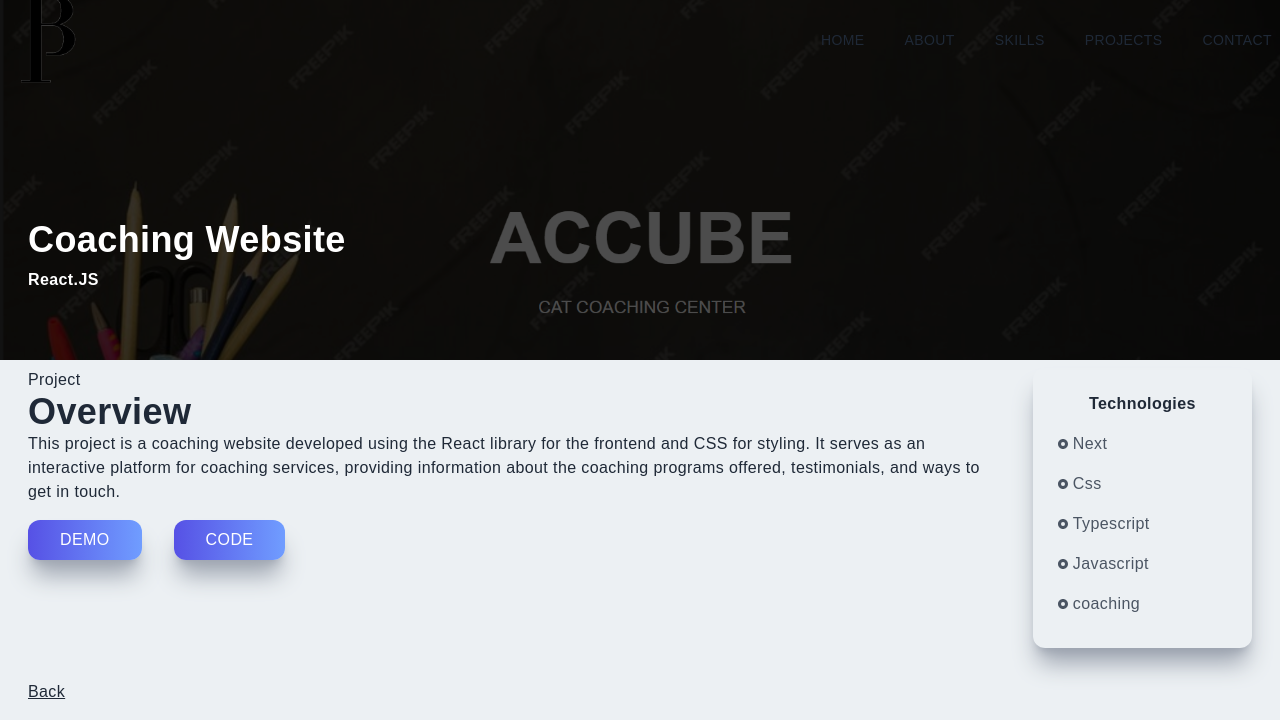
Repository: bittu-Patel/portfolio-resume-next-js
Page: /coaching
An editor plug-in stored every save of this project. The page is shown before and after the next save, followed by the edit.
The browser window is 1280 px wide. The pictures show the whole page.
The project was rebuilt for these pictures with package versions that can differ from the ones it lists, and the page was loaded fresh each time. The framework's server and built-in components were replaced by stand-ins that run in the browser. Also part of the build but not shown: next.config.js.

Above is the page before, as saved 2023-09-26 14:45:21.

### pages/_app.js

import Navbar from '@/components/Navbar'
import '../styles/globals.css'

 function App({ Component, pageProps }) {
  return(
    <>
    <Navbar />
     <Component {...pageProps} />
     </>
  )
}


export default App

### pages/coaching.jsx
import React from 'react'
import coachingImg from '../public/assets/skills/coaching.png';
import Image from 'next/image'
import { RiRadioButtonFill } from 'react-icons/ri'
import Link from 'next/link'

const coaching = () => {
  return (
    <div className='w-full'>
      <div className='w-screen h-[50vh] relative'>
<div className='absolute top-0 left-0 w-full h-[50vh] bg-black/70 z-10' />
  <Image
          className='absolute z-1'
          layout='fill'
          objectFit='cover'
          src={coachingImg}
          alt='/'
        />
  <div className='absolute top-[70%] max-w-[1240px] w-full left-[50%] right-[50%] translate-x-[-50%] translate-y-[-50%] text-white z-10 p-2'>
    <h2 className='py-2'>Coaching Website</h2>
    <h3>React.JS</h3>
  </div>
</div>
<div className='max-w-[1240px] mx-auto p-2 grid md:grid-cols-5 gap-8 '>
<div className='col-span-4'>
<p>Project</p>
<h2>Overview</h2>
<p>This project is a coaching website developed using the React library for the frontend and CSS for styling.
     It serves as an interactive platform for coaching services, providing information about the coaching programs offered,
      testimonials, and ways to get in touch.
   </p>
   <button className='px-8 py-2 mt-4 mr-8'>Demo</button>
   <button className='px-8 py-2 mt-4 '>Code</button>
   </div>
   <div className='col-span-4 md:col-span-1 shadow-xl shadow-gray-400 rounded-xl p-4'>
    <div className='p-2'>
   <p className='text-center font-bold pb-2'>Technologies</p>
   <div className='grid grid-cols-3 md:grid-cols-1'>
    <p className='text-gray-600 py-2 flex items-center'><RiRadioButtonFill className='pr-1' />Next</p>
    <p className='text-gray-600 py-2 flex items-center'><RiRadioButtonFill className='pr-1' />Css</p>
    <p className='text-gray-600 py-2 flex items-center'><RiRadioButtonFill className='pr-1' />Typescript</p>
    <p className='text-gray-600 py-2 flex items-center'><RiRadioButtonFill className='pr-1' />Javascript</p>
    <p className='text-gray-600 py-2 flex items-center'><RiRadioButtonFill className='pr-1' />coaching</p>
   </div>
    </div>
   </div>
   <Link href='/#projects'>
 <p className='underline cursor-pointer'>Back</p>
   </Link>
</div>
    </div>
  )
}

export default coaching

### components/Navbar.jsx
import Image from 'next/image'
import React, { useState, useEffect } from 'react'
import { FaGithub, FaLinkedinIn } from 'react-icons/fa';
import { BsFillPersonLinesFill } from 'react-icons/bs';
import Link from 'next/link'
import { AiOutlineClose, AiOutlineMenu ,AiOutlineMail } from 'react-icons/ai'

const Navbar = () => {
    const [nav, setNav] = useState(false)
   const [shadow, setShadow] = useState(false)
    const handleNav = () => {
        setNav(!nav)
    }

    useEffect(()=> {
const handleShadow = () => {
    if (window.scrollY >= 90) {
        setShadow(true)

    } else {
   setShadow(false)
    }
}
window.addEventListener('scroll', handleShadow);
    },[])


  return (
    <div
      style={{ backgroundColor: `${nav}` }}
      className={
        shadow
          ? 'fixed w-full h-20 shadow-xl z-[100] ease-in-out duration-300'
          : 'fixed w-full h-20 z-[100]'
      }
    >
<div className='flex justify-between items-center w-full h-full px-2 2xl:px-16'>
    <Link href='/'>

    <Image
     src="/../assets/navLogo.png"
      alt="/"
       width='80'
       height='20'
       />
      </Link>
<div>
    <ul className='hidden md:flex'>
        <Link href='/'>
            <li className='ml-10 text-sm uppercase hover:border-b'>Home</li>
        </Link>
        <Link href='/#about'>
            <li className='ml-10 text-sm uppercase hover:border-b'>About</li>
        </Link>
        <Link href='/#skills'>
            <li className='ml-10 text-sm uppercase hover:border-b'>Skills</li>
        </Link>
        <Link href='/#projects'>
            <li className='ml-10 text-sm uppercase hover:border-b'>Projects</li>
        </Link>
        <Link href='/#contact'>
            <li className='ml-10 text-sm uppercase hover:border-b'>Contact</li>
        </Link>
    </ul>
    <div onClick={handleNav} className='md:hidden'>
    <AiOutlineMenu />
    </div>
</div>
</div>
<div className={nav ? 'md:hidden fixed left-0 top-0 w-full h-screen bg-black/70' : ''}>
<div
          className={
            nav
              ? ' fixed left-0 top-0 w-[75%] sm:w-[60%] md:w-[45%] h-screen bg-[#ecf0f3] p-10 ease-in duration-500'
              : 'fixed left-[-100%] top-0 p-10 ease-in duration-500'
          }
        >
 <div >
    <div className='flex w-full items-center justify-between'>
        <Link href='/'>
<Image
 src="/../assets/navLogo.png"
  width='80'
   height='30'
    alt='/'
    />
</Link>
<div onClick={handleNav} className='rounded-full shadow-lg shadow-gray-400 p-3 cursor-pointer'>
<AiOutlineClose />
</div>
    </div>
    <div onClick={handleNav} className='border-b border-gray-300 my-4'>
        <p className='w-[85%] md:w-[90%] py-4'>Let&apos;S build something together </p>
    </div>
 </div>
 <div className='py-2 flex flex-col'>
    <ul className='uppercase'>
        <Link href='/'>
            <li onClick={()=> setNav(false)} className='py-4 text-sm'>Home</li>
        </Link>
        <Link href='/#about'>
            <li onClick={()=> setNav(false)} className='py-4 text-sm'>About</li>
        </Link>
        <Link href='/#skills'>
            <li onClick={()=> setNav(false)} className='py-4 text-sm'>Skills</li>
        </Link>
        <Link href='/#projects'>
            <li onClick={()=> setNav(false)} className='py-4 text-sm'>Projects</li>
        </Link>
        <Link href='/#contact'>
            <li onClick={()=> setNav(false)} className='py-4 text-sm'>Contact</li>
        </Link>
    </ul>
    <div className='pt-40'>
 <p className='uppercase tracking-widest text-[#5651e5]'>
    Let&apos;S Connect
    </p>
    <div className='flex items-center justify-between my-4 w-full sm:w-[80%]'>
 <div className='rounded-full shadow-lg shadow-gray-400 p-3 cursor-pointer hover:scale-105 ease-in duration-300'>
 <FaLinkedinIn />
 </div>
 <div className='rounded-full shadow-lg shadow-gray-400 p-3 cursor-pointer hover:scale-105 ease-in duration-300'>
 <FaGithub />
 </div>
 <div className='rounded-full shadow-lg shadow-gray-400 p-3 cursor-pointer hover:scale-105 ease-in duration-300'>
 <AiOutlineMail />
 </div>
 <div className='rounded-full shadow-lg shadow-gray-400 p-3 cursor-pointer hover:scale-105 ease-in duration-300'>
 <BsFillPersonLinesFill />
 </div>
</div>
    </div>
 </div>
    </div>
</div>
    </div>
  )
}

export default Navbar

Loaded but not shown: pages/_document.tsx (common file); styles/globals.css (common file); tailwind.config.ts (common file)

After the next save:
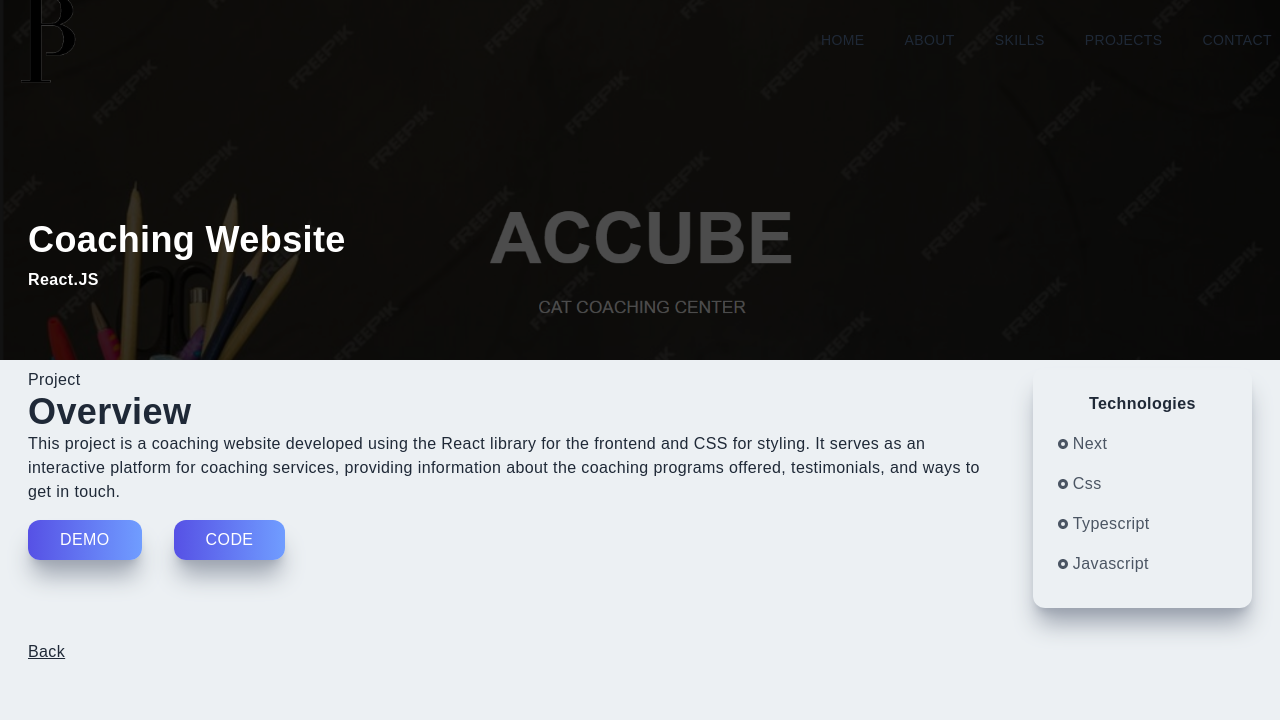
Saved 6 s later.
--- a/pages/coaching.jsx
+++ b/pages/coaching.jsx
@@ -40,7 +40,6 @@ const coaching = () => {
     <p className='text-gray-600 py-2 flex items-center'><RiRadioButtonFill className='pr-1' />Css</p>
     <p className='text-gray-600 py-2 flex items-center'><RiRadioButtonFill className='pr-1' />Typescript</p>
     <p className='text-gray-600 py-2 flex items-center'><RiRadioButtonFill className='pr-1' />Javascript</p>
-    <p className='text-gray-600 py-2 flex items-center'><RiRadioButtonFill className='pr-1' />coaching</p>
    </div>
     </div>
    </div>
